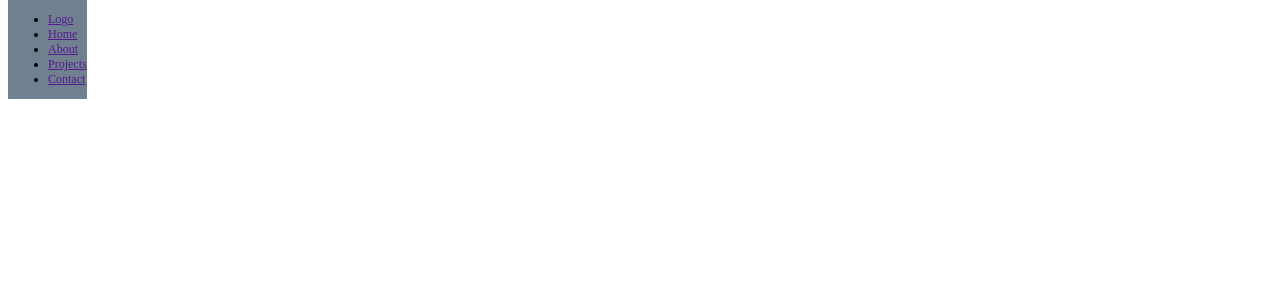
Repository: congle98/CSS_LayoutRWDCoBan
Page: index.html
An editor plug-in stored every save of this project. The page is shown before and after a run of saves, followed by the edit.
The browser window is 1280 px wide. The pictures show the whole page.

Above is the page before, as saved 2021-05-26 15:58:04.

### index.html
<!DOCTYPE html>
<html lang="en">
<head>
    <meta charset="UTF-8">
    <meta http-equiv="X-UA-Compatible" content="IE=edge">
    <meta name="viewport" content="width=device-width, initial-scale=1.0">
    <title>Document</title>
    <style>
        body{
            font-family:'Times New Roman', Times, serif;
            font-size: 12px;
        }
        .header{
            position: fixed;
            top: 0;
            background-color: slategray;
        }
    </style>
</head>
<body>
    <div class="app">
        <header class="header">
            <div class="header__nav-list">
                 <ul>
                <li class="header__nav-item"><a href="">Logo</a></li>
                <li class="header__nav-item"><a href="">Home</a></li>
                <li class="header__nav-item"><a href="">About</a></li>
                <li class="header__nav-item"><a href="">Projects</a></li>
                <li class="header__nav-item"><a href="">Contact</a></li>
            </ul>
            </div>
        </header>

    </div>
</body>
</html>

After the next 7 saves:
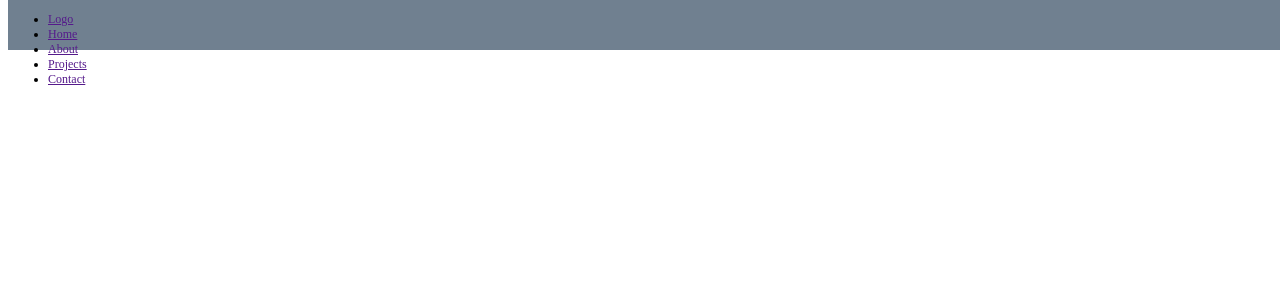
The 7 saves are shown as one change because they came seconds apart.
The last was saved 16 s later.
--- a/index.html
+++ b/index.html
@@ -14,6 +14,8 @@
             position: fixed;
             top: 0;
             background-color: slategray;
+            width: 100%;
+            height: 50px;
         }
     </style>
 </head>
